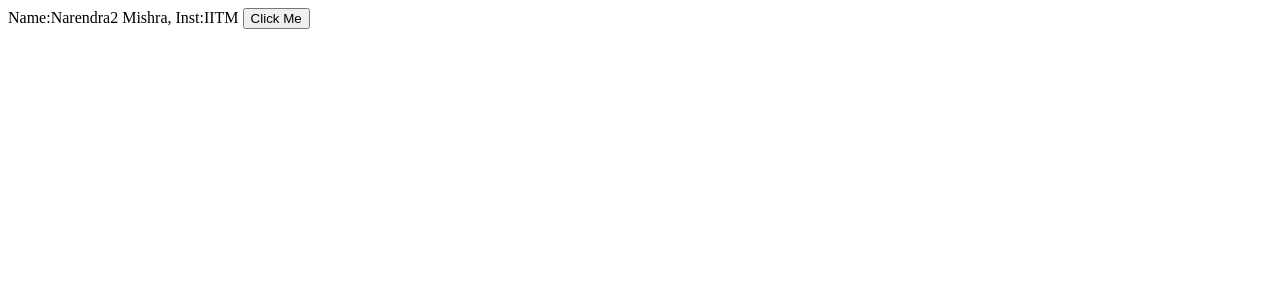
Repository: narendraiitm/sept23-live-sessions
Page: vue-basic/index.html
An editor plug-in stored every save of this project. The page is shown before and after the next save, followed by the edit.
The browser window is 1280 px wide. The pictures show the whole page.

Above is the page before, as saved 2023-10-17 21:27:38.

After the next save:
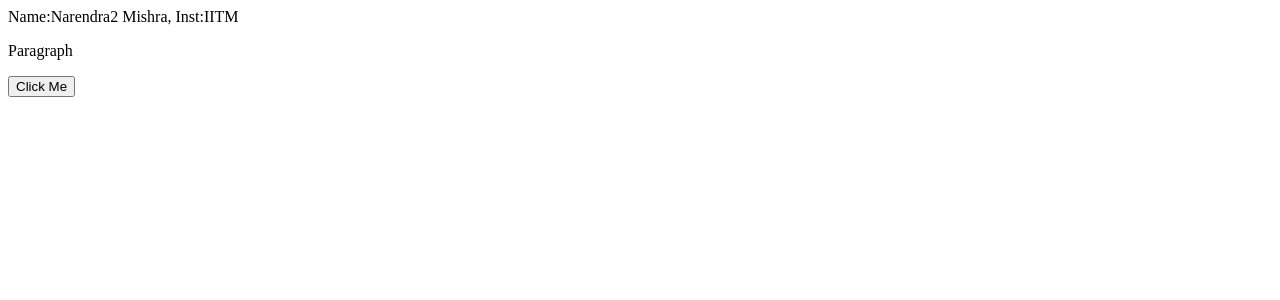
Saved 4 min 41 s later.
--- a/vue-basic/app.js
+++ b/vue-basic/app.js
@@ -1,7 +1,9 @@
 new Vue({
   // options object
   el: '#app',
-  template: `<div>Name:{{fullName}}, Inst:{{inst}}
+  template: `<div>
+  Name:{{fullName}}, Inst:{{inst}}
+  <p>Paragraph</p>
   <button v-on:click='sayHello'>Click Me</button>
   </div>`,
   data: {
